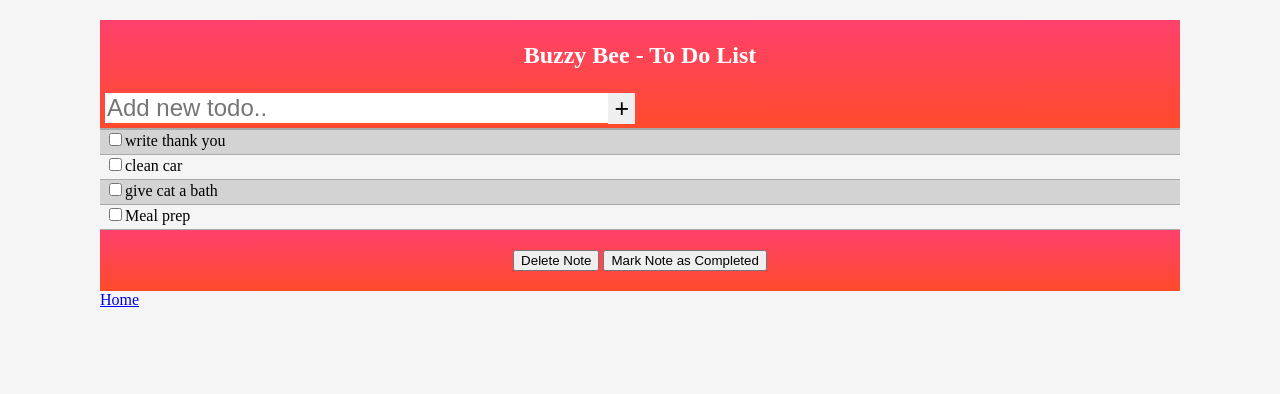
Repository: seleniadelgado/backend-spring2020-angie
Page: projects/todo/public_html/index.html
An editor plug-in stored every save of this project. The page is shown before and after the next save, followed by the edit.
The browser window is 1280 px wide. The pictures show the whole page.
The page's requests for data from a server got no answer.

Above is the page before, as saved 2020-05-13 15:54:05.

After the next save:
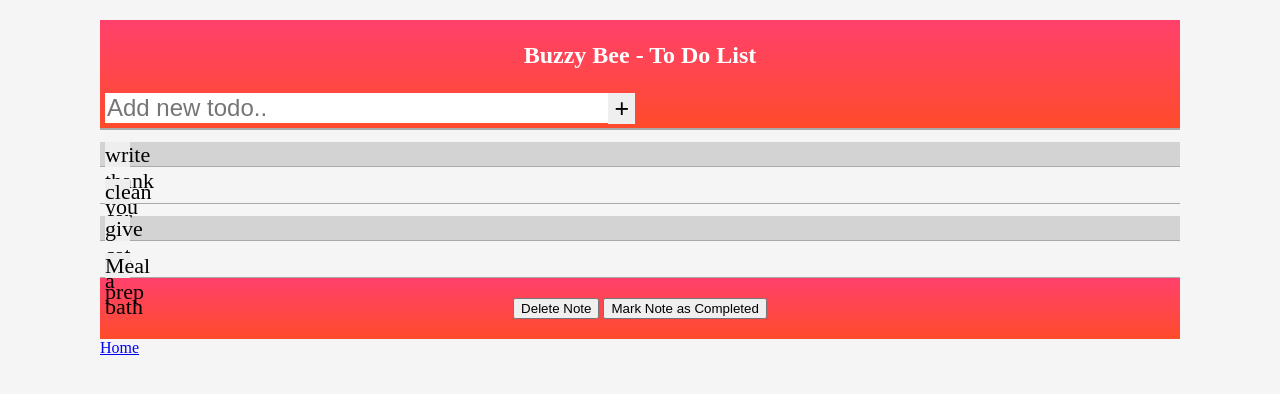
Saved 35 s later.
--- a/projects/todo/public_html/styles.css
+++ b/projects/todo/public_html/styles.css
@@ -65,6 +65,59 @@ body {
     background-color: whitesmoke;
     padding-left: 5px;
 }
+.container {
+    display: block;
+    position: relative;
+    padding-left: 35px;
+    margin-bottom: 12px;
+    cursor: pointer;
+    font-size: 22px;
+    -webkit-user-select: none;
+    -moz-user-select: none;
+    -ms-user-select: none;
+    user-select: none;
+  }
+
+  /* Hide the browser's default checkbox */
+  .container input {
+    position: absolute;
+    opacity: 0;
+    cursor: pointer;
+    height: 0;
+    width: 0;
+  }
+
+  /* Create a custom checkbox */
+  .checkmark {
+    position: absolute;
+    top: 0;
+    left: 0;
+    height: 25px;
+    width: 25px;
+    background-color: #eee;
+  }
+
+  /* On mouse-over, add a grey background color */
+  .container:hover input ~ .checkmark {
+    background-color: #ccc;
+  }
+
+  /* When the checkbox is checked, add a blue background */
+  .container input:checked ~ .checkmark {
+    background-color: #2196F3;
+  }
+
+  /* Create the checkmark/indicator (hidden when not checked) */
+  .checkmark:after {
+    content: "";
+    position: absolute;
+    display: none;
+  }
+
+  /* Show the checkmark when checked */
+  .container input:checked ~ .checkmark:after {
+    display: block;
+  }
 .container .checkmark:after {
     left: 9px;
     top: 5px;

After the save that followed:
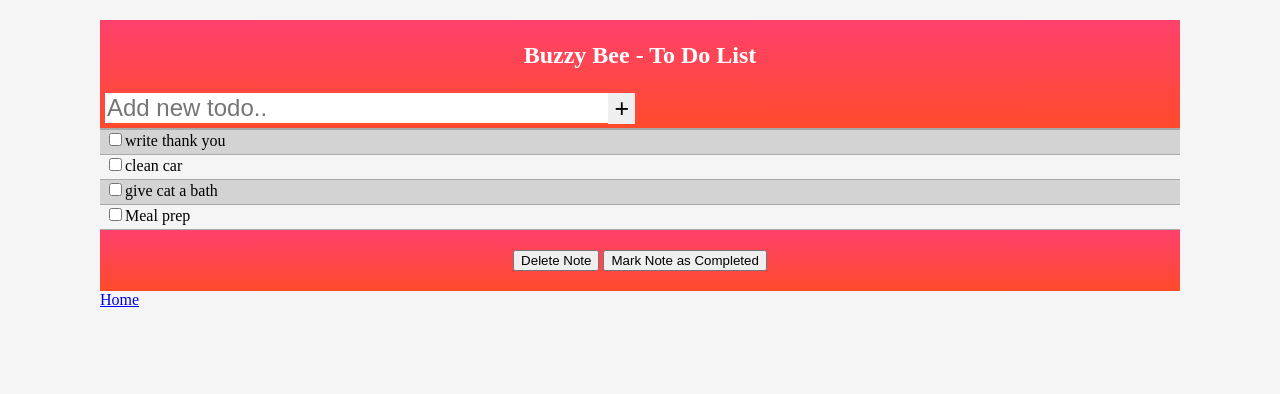
Saved 21 s later.
--- a/projects/todo/public_html/styles.css
+++ b/projects/todo/public_html/styles.css
@@ -65,70 +65,7 @@ body {
     background-color: whitesmoke;
     padding-left: 5px;
 }
-.container {
-    display: block;
-    position: relative;
-    padding-left: 35px;
-    margin-bottom: 12px;
-    cursor: pointer;
-    font-size: 22px;
-    -webkit-user-select: none;
-    -moz-user-select: none;
-    -ms-user-select: none;
-    user-select: none;
-  }
 
-  /* Hide the browser's default checkbox */
-  .container input {
-    position: absolute;
-    opacity: 0;
-    cursor: pointer;
-    height: 0;
-    width: 0;
-  }
-
-  /* Create a custom checkbox */
-  .checkmark {
-    position: absolute;
-    top: 0;
-    left: 0;
-    height: 25px;
-    width: 25px;
-    background-color: #eee;
-  }
-
-  /* On mouse-over, add a grey background color */
-  .container:hover input ~ .checkmark {
-    background-color: #ccc;
-  }
-
-  /* When the checkbox is checked, add a blue background */
-  .container input:checked ~ .checkmark {
-    background-color: #2196F3;
-  }
-
-  /* Create the checkmark/indicator (hidden when not checked) */
-  .checkmark:after {
-    content: "";
-    position: absolute;
-    display: none;
-  }
-
-  /* Show the checkmark when checked */
-  .container input:checked ~ .checkmark:after {
-    display: block;
-  }
-.container .checkmark:after {
-    left: 9px;
-    top: 5px;
-    width: 5px;
-    height: 10px;
-    border: solid white;
-    border-width: 0 3px 3px 0;
-    -webkit-transform: rotate(45deg);
-    -ms-transform: rotate(45deg);
-    transform: rotate(45deg);
-  }
 .buttonsArea {
     background: var(--main-color);
     text-align: center;
